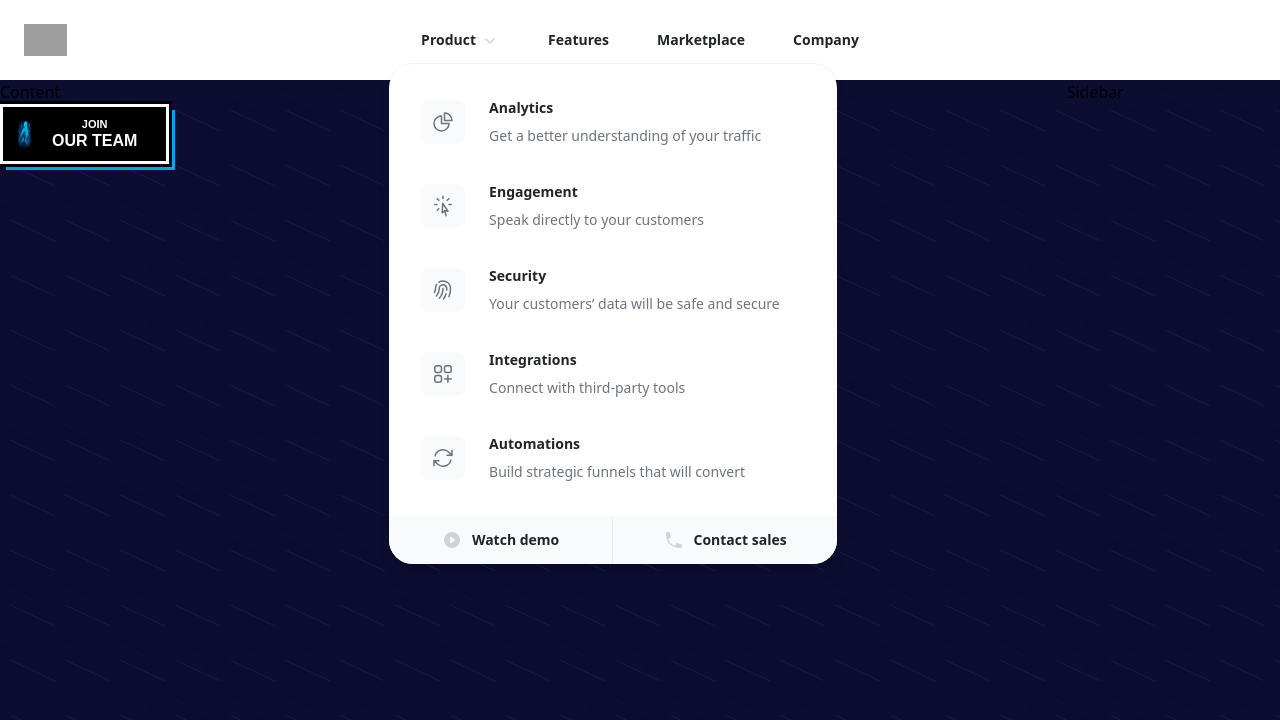
Repository: ItsMe-Pal/something
Page: index.html
An editor plug-in stored every save of this project. The page is shown before and after the next save, followed by the edit.
The browser window is 1280 px wide. The pictures show the whole page.
Pictures or frames that could not be fetched are drawn as grey boxes. The style sheet was rebuilt from its Sass, Less or Tailwind sources for each picture, by a compiler version that may differ from the author's.

Above is the page before, as saved 2025-06-22 18:48:13.

After the next save:
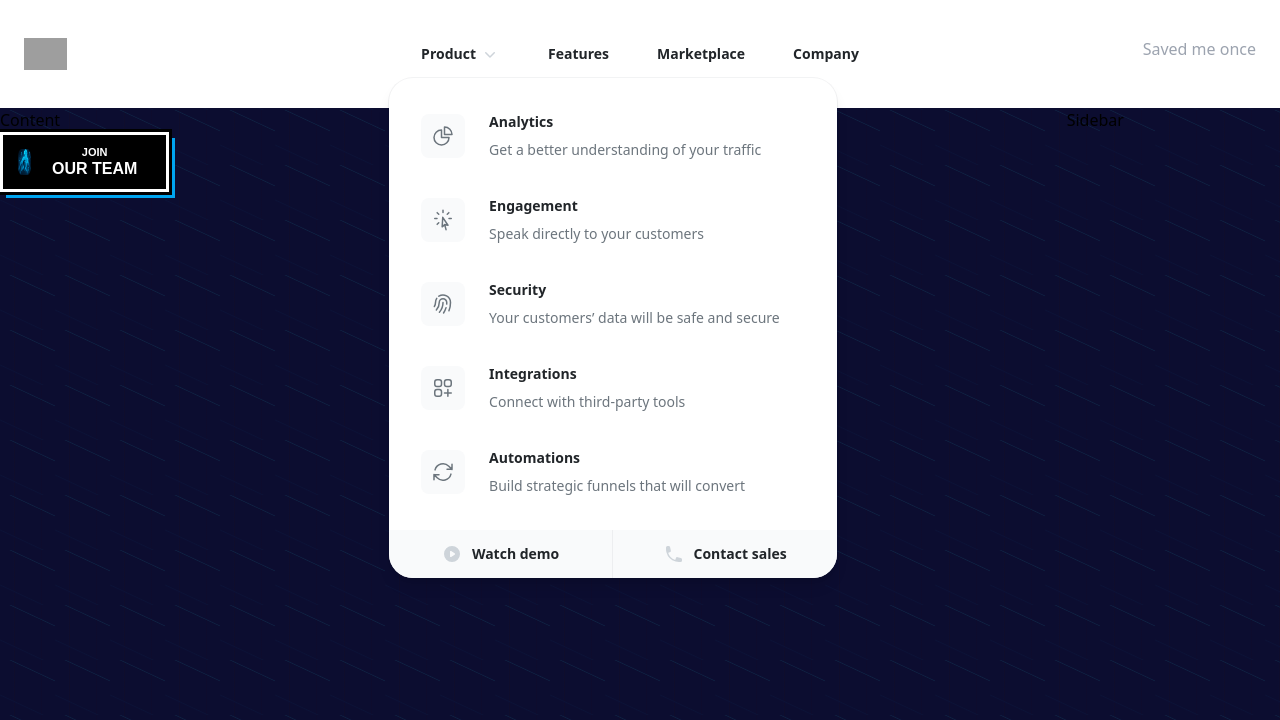
Saved 5 s later.
--- a/index.html
+++ b/index.html
@@ -141,7 +141,8 @@
                         <a href="#" class="text-sm/6 font-semibold text-gray-900">Company</a>
                       </div>
                       <div class="hidden lg:flex lg:flex-1 lg:justify-end">
-
+                        <span class="word1">MUSIC</span>
+                        <p class="word2">Saved me once</p>
                        </div>
                     </nav>
 
